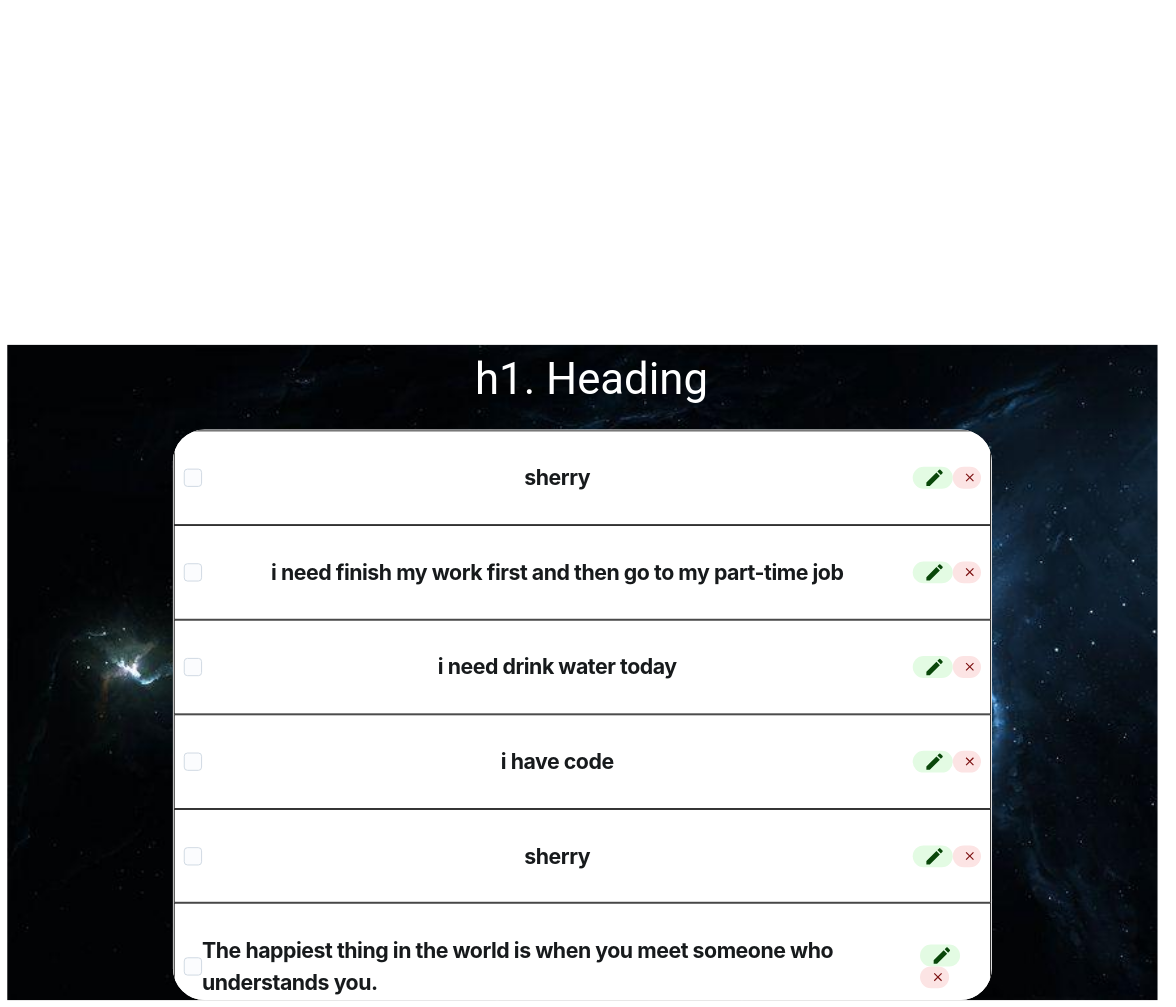
Repository: Tracy-maker/TodoList
Page: /
The author's editor kept a copy of each file at every save. The page is drawn from the files as they stood at one save, then again after a run of saves.
The browser window is 1280 px wide. The page is 1292 px wide, so the pictures cover 1292 px, including what lies to the right of the window. The pictures show the whole page, at 91% of full size.
The project was rebuilt for these pictures with package versions that can differ from the ones it lists, and the page was loaded fresh each time. Requests to the local data server were answered from the project's data file. Also part of the build but not shown: src/components/TaskEdit.js.

Above is the page before, as saved 2023-09-20 11:45:03.

After the next 2 saves:
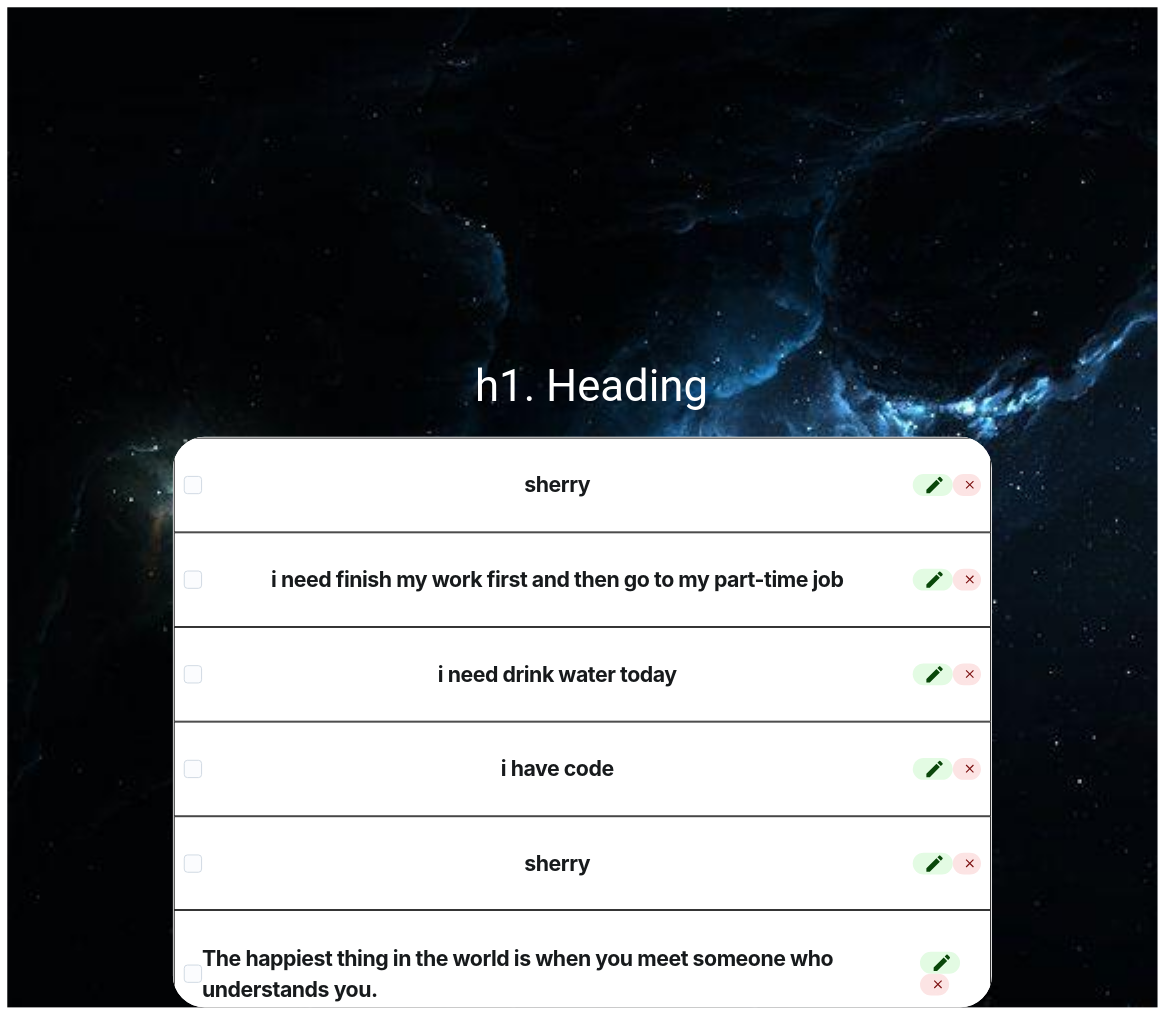
The 2 saves are shown as one change because they came seconds apart.
The last was saved 15 s later.
--- a/src/App.js
+++ b/src/App.js
@@ -13,7 +13,7 @@ const StyledContainer = styled(Stack)`
   width: 100%;
   display: flex;
   align-items: stretch;
-  margin-top: 30%;
+  padding-top: 30%;
   background-image: url(${Image1});
   background-size: cover;
   background-repeat: no-repeat;
